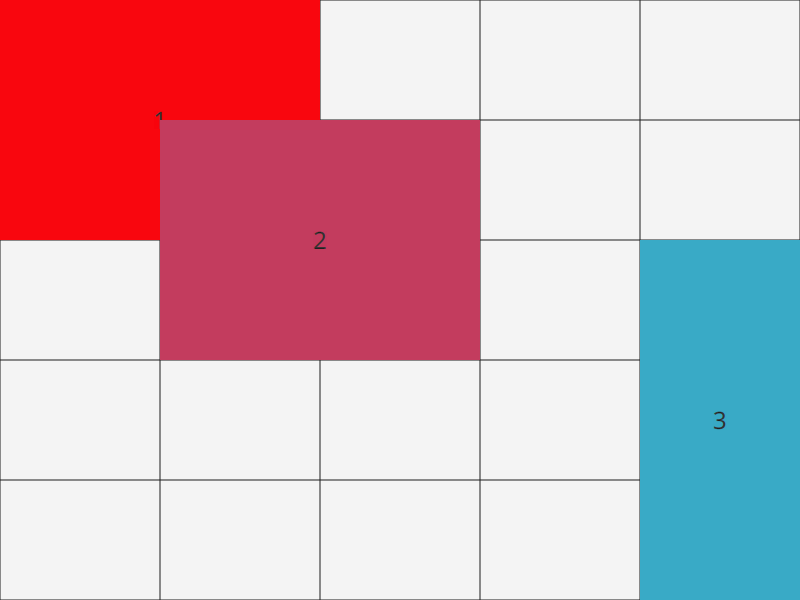
Repository: AlanVidalll/Curso-Java-Completo
Program's window: java exercicios-javafx/src/layout/AppLayout.java
These files come from the project's save history. The program's window is drawn as it stood at one moment and after the next save; the edit follows.
It runs on Java 21 on a 1366 x 768 screen with JavaFX 11; the title bar is not drawn.

Above is the program's window before, as saved 2020-04-11 13:56:29.

After the next save:
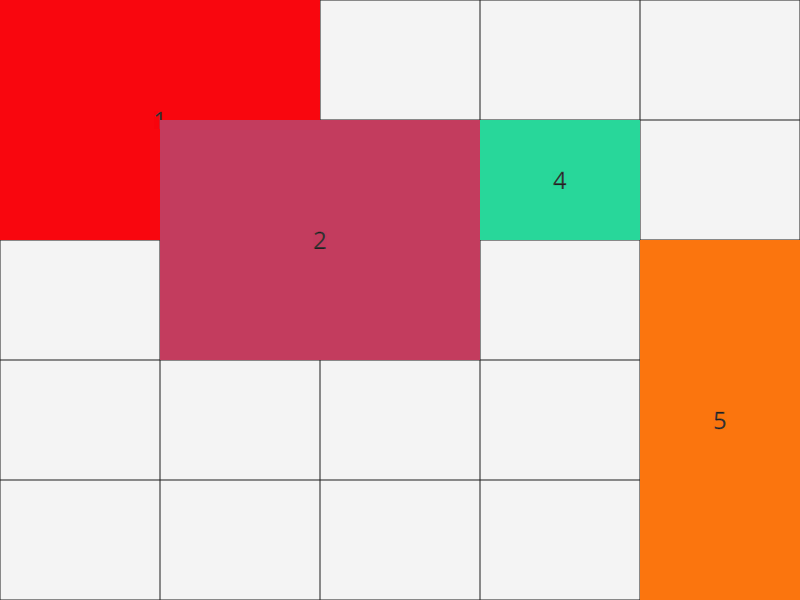
Saved 63 s later.
--- a/exercicios-javafx/src/layout/TesteGridPane.java
+++ b/exercicios-javafx/src/layout/TesteGridPane.java
@@ -6,9 +6,7 @@
 
 public class TesteGridPane extends GridPane {
 
-
-	public  TesteGridPane() {
-
+	public TesteGridPane() {
 
 		Caixa c1 = new Caixa().comTexto("1");
 		Caixa c2 = new Caixa().comTexto("2");
@@ -19,12 +17,14 @@
 
 		setGridLinesVisible(true);
 
-		getColumnConstraints().addAll(cc(),cc(),cc(),cc(),cc());
-		getRowConstraints().addAll(rc(),rc(),rc(),rc(),rc());
+		getColumnConstraints().addAll(cc(), cc(), cc(), cc(), cc());
+		getRowConstraints().addAll(rc(), rc(), rc(), rc(), rc());
 
-		add(c1, 0, 0,2,2);
-		add(c2, 1, 1,2,2);
-		add(c3, 4, 2,1,3);
+		add(c1, 0, 0, 2, 2);
+		add(c2, 1, 1, 2, 2);
+		add(c3, 4, 2, 1, 3);
+		add(c4, 3, 1);
+		add(c5, 4, 2, 1, 3);
 	}
 
 	private ColumnConstraints cc() {
@@ -37,11 +37,10 @@
 	}
 
 	private RowConstraints rc() {
-	RowConstraints rc = new RowConstraints();
-	rc.setPercentHeight(20);
-	rc.setFillHeight(true);
-	return rc;
-
+		RowConstraints rc = new RowConstraints();
+		rc.setPercentHeight(20);
+		rc.setFillHeight(true);
+		return rc;
 
 	}
 }
